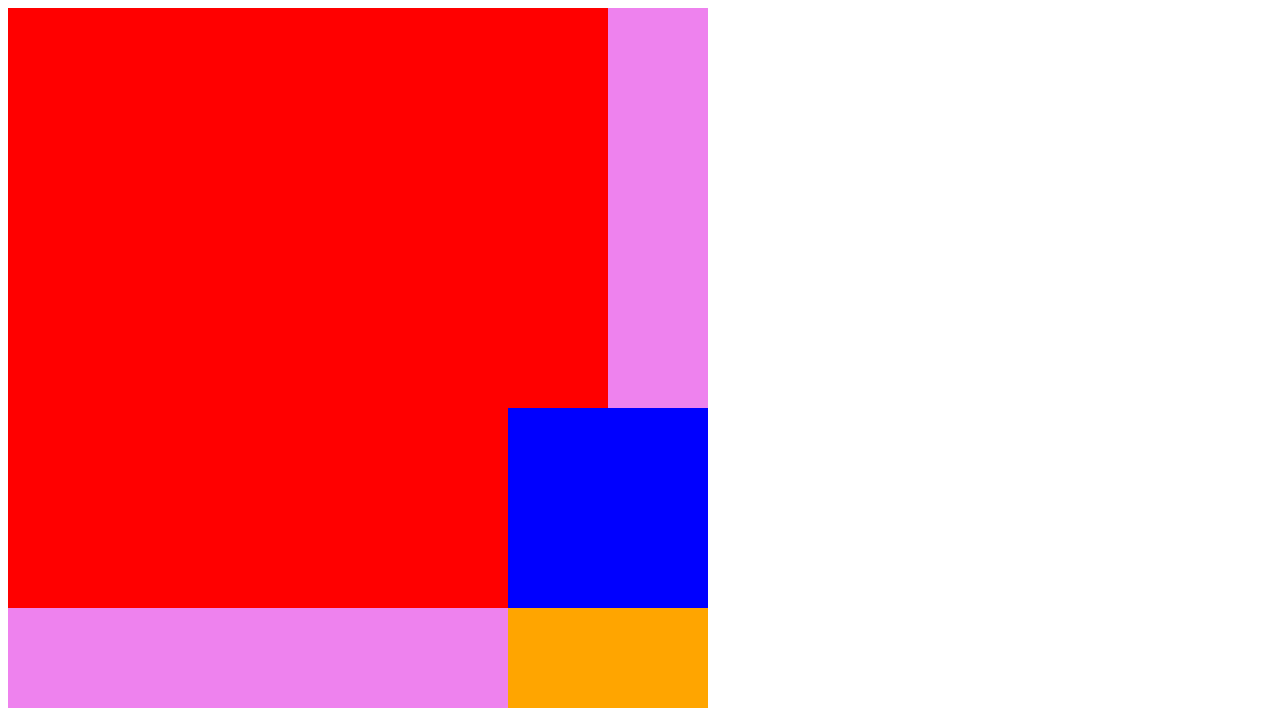
Repository: AytacSafarova/Task-12
Page: index.html
The author's editor kept a copy of each file at every save. The page is drawn from the files as they stood at one save, then again after the next save.
The browser window is 1280 px wide. The pictures show the whole page.

Above is the page before, as saved 2023-07-25 14:45:42.

After the next save:
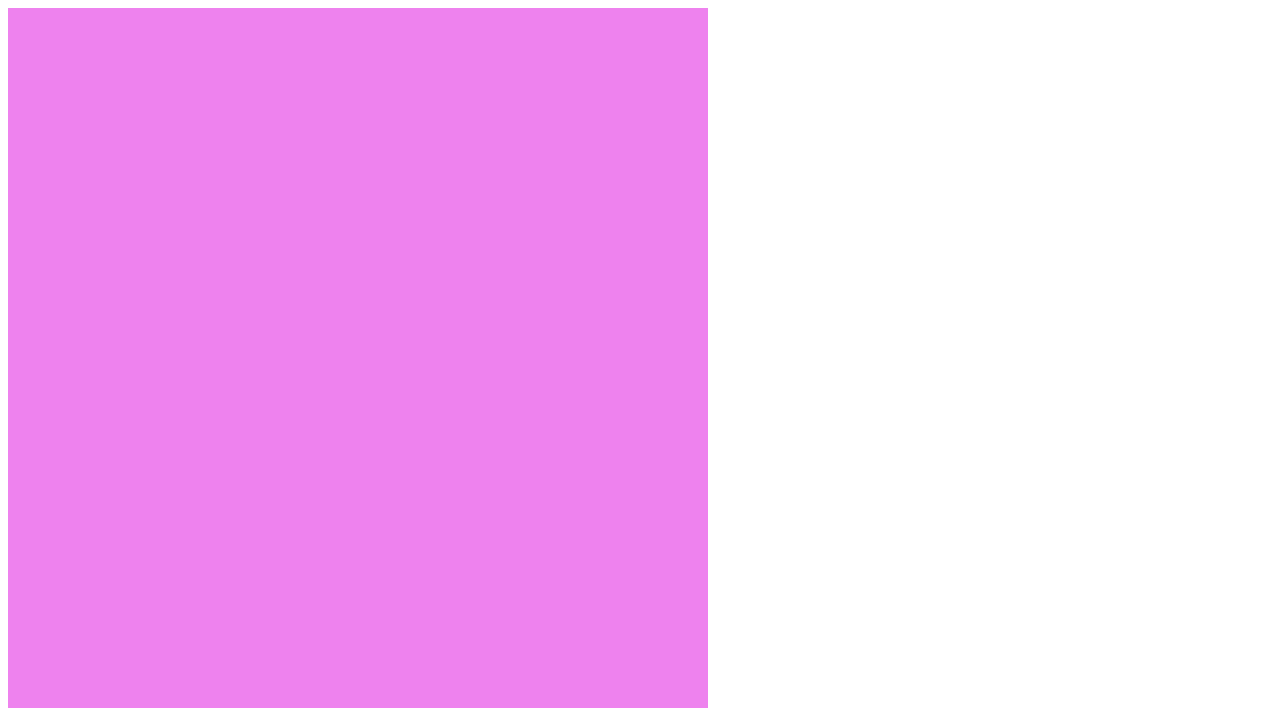
Saved 6 s later.
--- a/index.html
+++ b/index.html
@@ -9,10 +9,7 @@
 </head>
 <body>
     <div class="container">
-        <div class="box">
-            <div class="child child1"></div>
-            <div class="child child2"></div>
-        </div>
+
     </div>
 </body>
 
